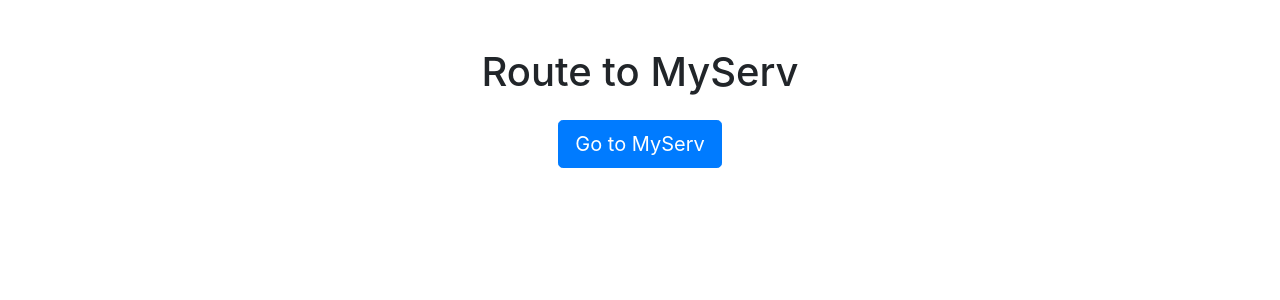
Repository: JayeshKhairnar1/Servlet_JSP
Page: ConnectionPool/src/main/webapp/index.html
These files come from the project's save history. The page is drawn as it stood at one moment and after the next save; the edit follows.
The browser window is 1280 px wide. The pictures show the whole page.
Some web libraries are served in a nearby version.

Above is the page before, as saved 2024-06-27 06:32:20.

After the next save:
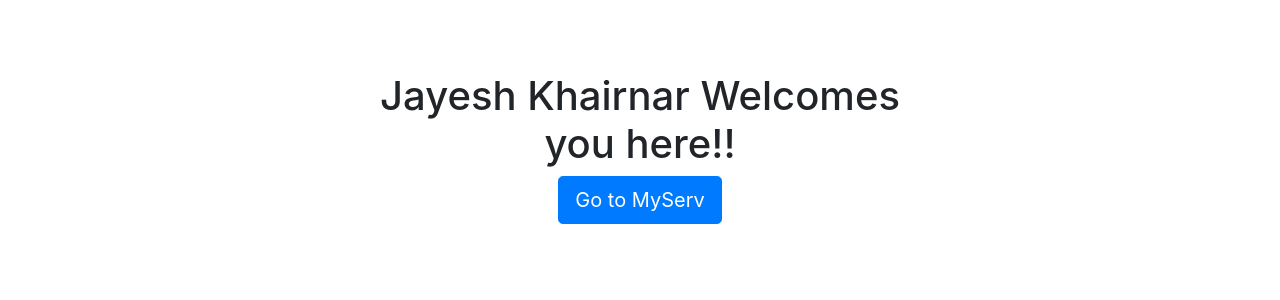
Saved 46 s later.
--- a/ConnectionPool/src/main/webapp/index.html
+++ b/ConnectionPool/src/main/webapp/index.html
@@ -11,7 +11,7 @@
     <div class="container">
         <div class="row justify-content-center mt-5">
             <div class="col-md-6 text-center">
-                <h1 class="mb-4">Route to MyServ</h1>
+                <h1 class="mb-4"><h1>Jayesh Khairnar Welcomes you here!!</h1></h1>
                 <button class="btn btn-primary btn-lg" onclick="routeToMyServ()">Go to MyServ</button>
             </div>
         </div>
